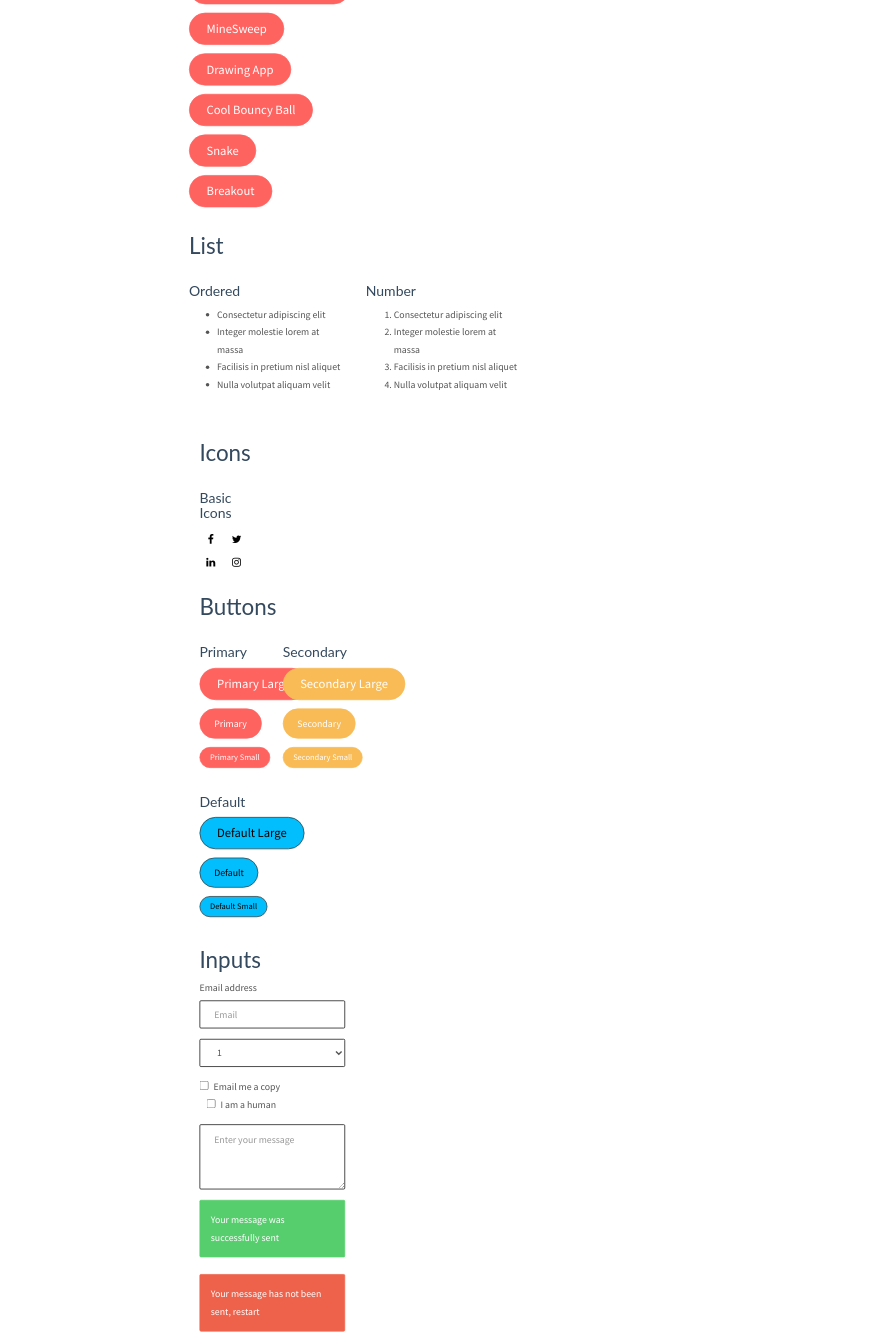
Repository: GamerThoe/GamerThoe.github.io
Page: components.html
The author's editor kept a record of every edit. The page is drawn from the files as they stood at one moment, then again after the next edit.
The browser window is 1280 px wide. The pictures show the part of the page from y = 963 to 2883 px (the page is 2925 px tall before and 2983 px after), at 70% of full size.

Above is the page before.

After the next edit:
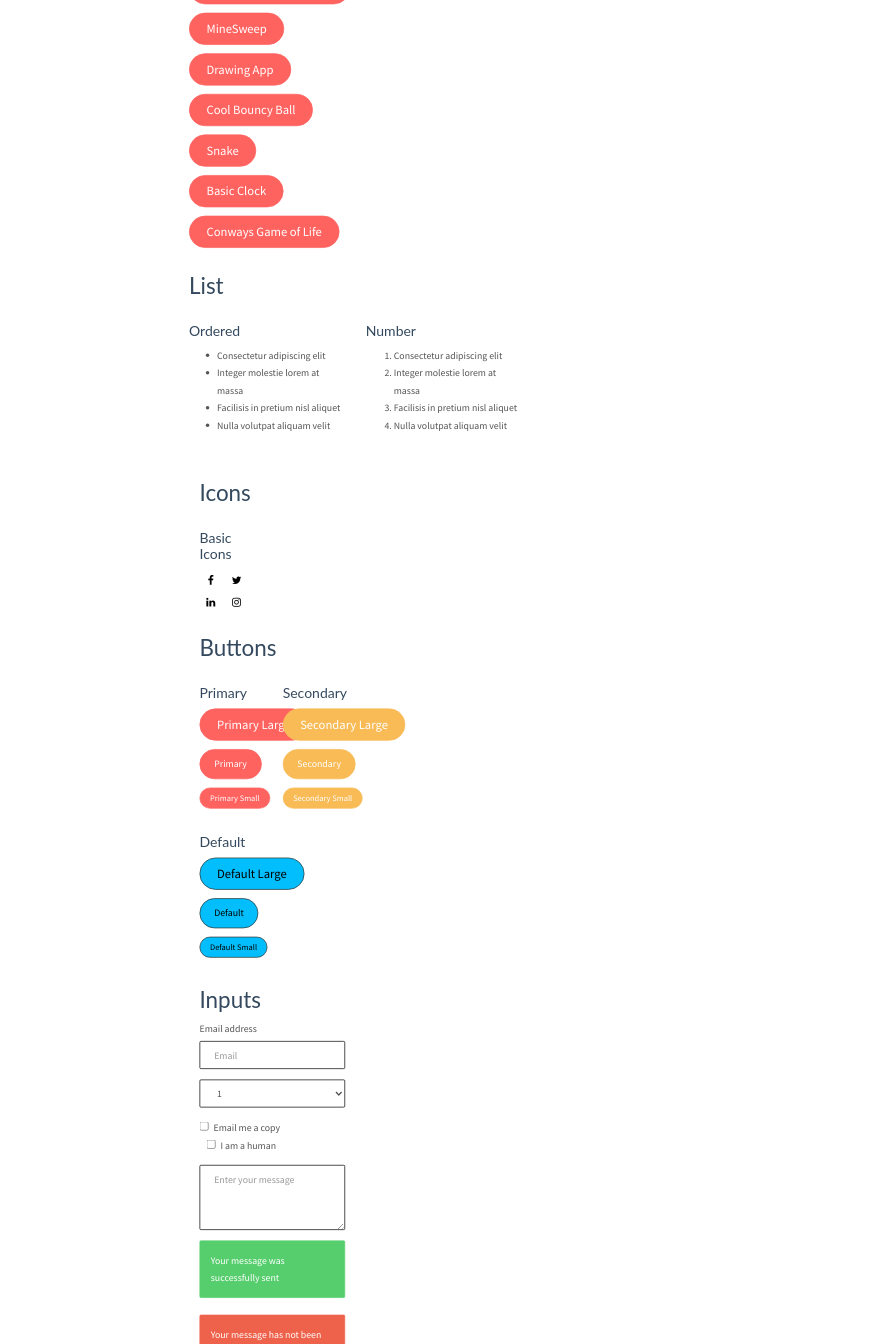
The edit:
--- a/components.html
+++ b/components.html
@@ -115,7 +115,8 @@
                   <p><a href="" class="btn btn-primary btn-lg">Drawing App</a></p>
                   <p><a href="" class="btn btn-primary btn-lg">Cool Bouncy Ball</a></p>
                   <p><a href="" class="btn btn-primary btn-lg">Snake</a></p>
-                  <p><a href="" class="btn btn-primary btn-lg">Breakout</a></p>
+                  <p><a href="" class="btn btn-primary btn-lg">Basic Clock</a></p>
+                  <p><a href="" class="btn btn-primary btn-lg">Conways Game of Life</a></p>
                 </div>
               </div>
 
